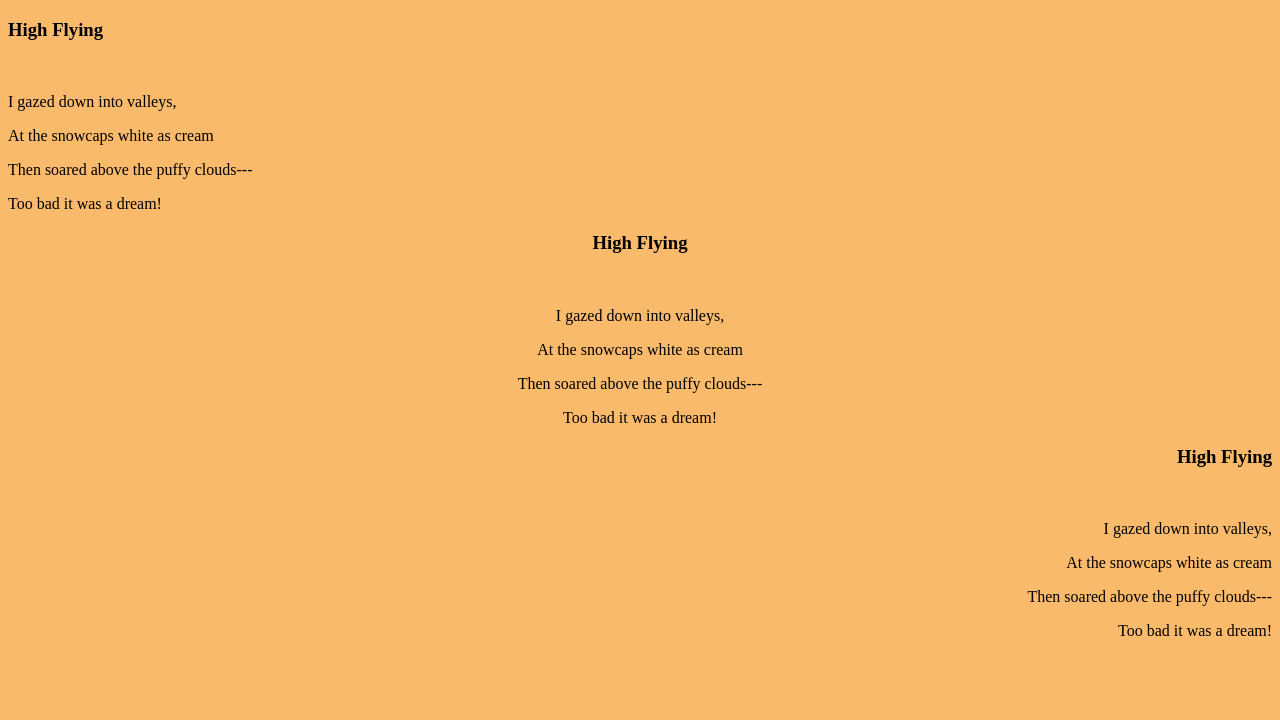
Repository: thu1365/TH_HTCNWEB
Page: HTML/BT.html
These files come from the project's save history. The page is drawn as it stood at one moment and after the next save; the edit follows.
The browser window is 1280 px wide. The pictures show the whole page.

Above is the page before, as saved 2023-02-20 21:11:55.

After the next save:
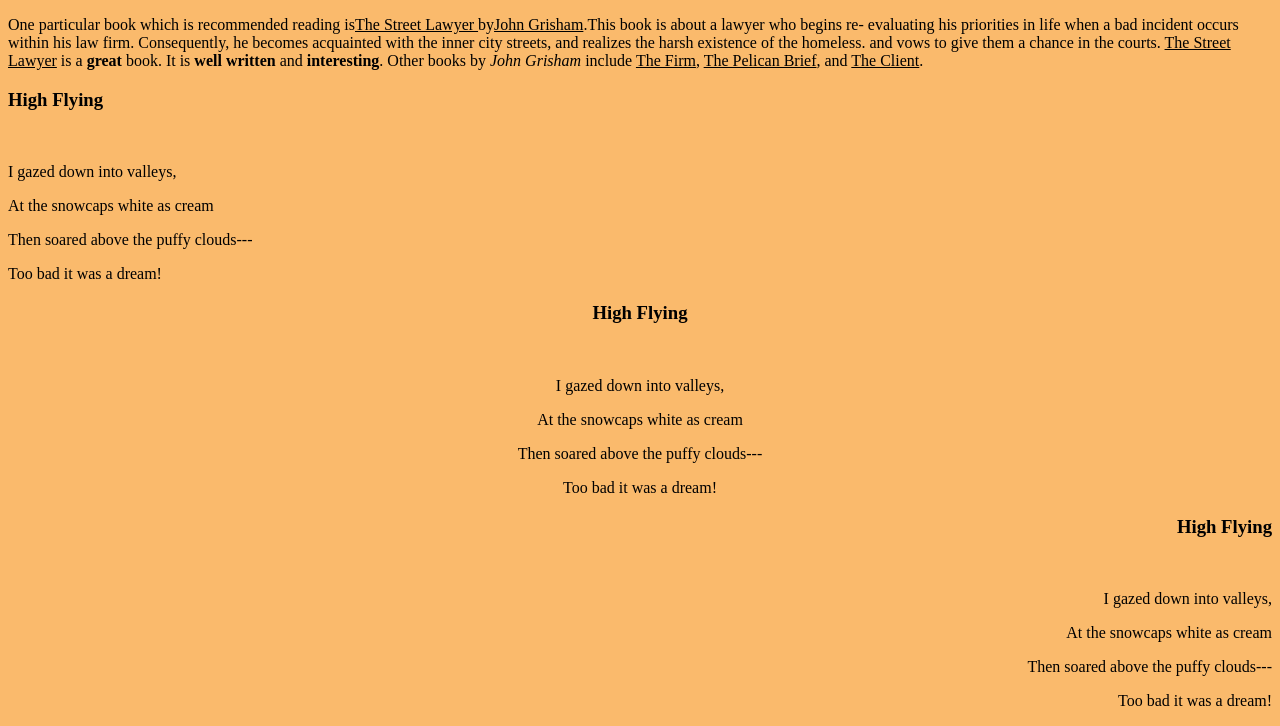
Saved 45 s later.
--- a/HTML/BT.html
+++ b/HTML/BT.html
@@ -6,6 +6,9 @@
     <meta name="viewport" content="width=device-width, initial-scale=1.0">
     <title>Document</title>
 </head>
+<body>
+    <p> One particular book which is recommended reading is<u>The Street Lawyer </u>by<u>John Grisham</u>.This book is about a lawyer who begins re- evaluating his priorities in life when a bad incident occurs within his law firm. Consequently, he becomes acquainted with the inner city streets, and realizes the harsh existence of the homeless. and vows to give them a chance in the courts. <u>The Street Lawyer</u> is a <b>great</b> book. It is <b>well written</b> and <b>interesting</b>. Other books by <i>John Grisham</i> include <u>The Firm</u>, <u>The Pelican Brief</u>, and <u>The
+        Client</u>. </p>
 <style>
     body{
     background-color: rgb(250, 186, 108);/* Mau nen cua trang web la mau den */
